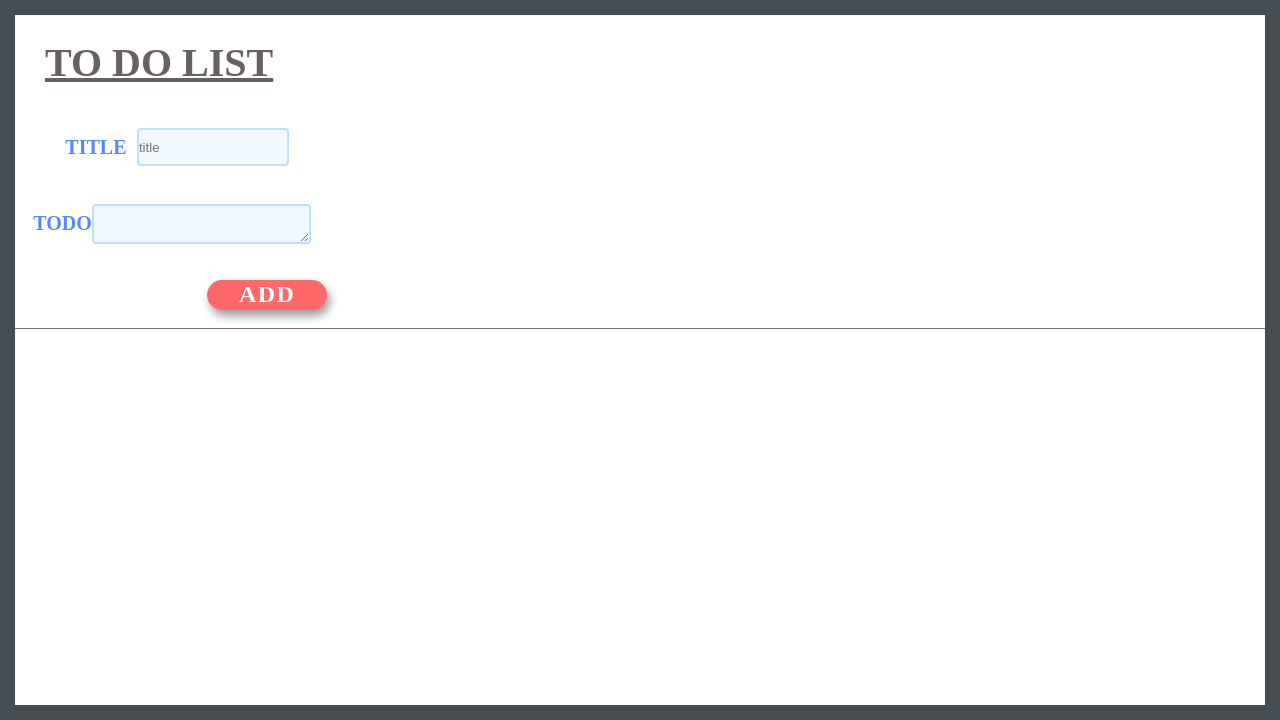
Repository: NagataRyuji0630/shinjin-otameshi
Page: todo_white_board.html
These files come from the project's save history. The page is drawn as it stood at one moment and after the next save; the edit follows.
The browser window is 1280 px wide. The pictures show the whole page.

Above is the page before, as saved 2020-06-11 23:36:23.
Not found: todoWhiteBoard.js

### todo_white_board.html
<!DOCTYPE html>
<html lang="ja">

<head>
    <meta charset="UTF-8">
    <meta name="viewport" content="width=device-width, initial-scale=1.0">
    <meta http-equiv="X-UA-Compatible" content="ie=edge">
    <link rel="stylesheet" href="./todo_white_board.css">
    <script src="./constants.js"></script>
    <script src="./domAction.js"></script>
    <script src="./todoWhiteBoard.js"></script>
    <title>Todo White Board</title>
</head>

<body>
    <div class="white_board display_flex_justify direction_colum">

        <div id="board_title_container" class="display_flex_align">
            <div id="board_title">TO DO LIST</div>
        </div>

        <div id="form_container" class="display_flex_justify direction_colum">

            <div class="input_content display_flex_all direction_row">
                <div class="input_title display_flex_all">TITLE</div>
                <div id="todo_input_area" class="display_flex_all">
                    <input class="blue_form" id="todo_title" type="text" placeholder="title" />
                </div>
            </div>

            <div class="input_content display_flex_all direction_row">
                <div class="input_title display_flex_all">TODO</div>
                <div id="detail_input_area" class="display_flex_all">
                    <textarea class="blue_form" id="todo_detail"></textarea>
                </div>

            </div>

            <div id="btn_container" class="display_flex_align">
                <div class="btn red_btn display_flex_all" id="todo_add_btn">
                    <div class="btn_text">ADD</div>
                </div>
            </div>
        </div>

        <div id="todo_list_container"></div>
    </div>
</body>

</html>

### todo_white_board.css
* {
    margin: 0px;
    padding: 0px;
    box-sizing: border-box;
}

body, html {
    width: 100%;
    height: 100%;
    font-size: 16px;
    overflow-x: hidden;
}

.display_flex_all {
    display: flex;
    justify-content: center;
    align-items: center;
}

.display_flex_justify {
    display: flex;
    justify-content: center;
}

.display_flex_align {
    display: flex;
    align-items: center;
}

.direction_colum {
    flex-direction: column;
}

.direction_row {
    flex-direction: row;
}

.white_board {
    width: 100%;
    height: 100%;
    border: 15px solid #454D53;
}

#board_title_container {
    width: auto;
    height: 15%;
    padding-left: 30px;
}

#board_title {
    text-align: center;
    text-decoration: underline;
    font-size: 40px;
    font-weight: bold;
    letter-spacing: 0px;
    color: #696060;
}

#form_container {
    width: 100%;
    height: 35%;
    padding: 0px 40px;
    border-bottom: 1px solid #707070;
}

.input_content {
    width: 20%;
    height: 35%;
}

.input_title {
    width: 35%;
    height: 100%;
    text-align: center;
    font-size: 20px;
    font-weight: bold;
    letter-spacing: 0px;
    color: #5887F9;
}

.blue_form {
    display: block;
    background: #F1F9FF 0% 0% no-repeat padding-box;
    border: 2px solid #BCE0FD;
    border-radius: 4px;
}

#todo_input_area {
    width: 65%;
    height: 50%;
}

#todo_title {
    text-align: left;
    width: 100%;
    height: 100%;
}

#todo_detail {
    text-align: left;
    font-size: 16px;
    letter-spacing: 0px;
    color: #5887F9;
}

#btn_container {
    width: 100%;
    height: 30%;
}

.btn {
    width: 120px;
    height: 30px;
    border-radius: 24px;
}

.red_btn {
    background-color: #FF6969;
    box-shadow: 3px 6px 10px #00000065;
}

.red_btn:active {
    background-color: #FF8850;
    box-shadow: 3px 6px 10px #00000090;
}

#todo_add_btn {
    position: relative;
    left: 13%
}

.btn_text {
    text-align: center;
    font-size: 24px;
    font-weight: bold;
    letter-spacing: 1.44px;
    color: #FFFFFF;
}

#todo_list_container {
    width: 100%;
    height: 60%;
}

Loaded but not shown: constants.js (no stored copy; drawn as an empty file); domAction.js (no stored copy; drawn as an empty file)

After the next save:
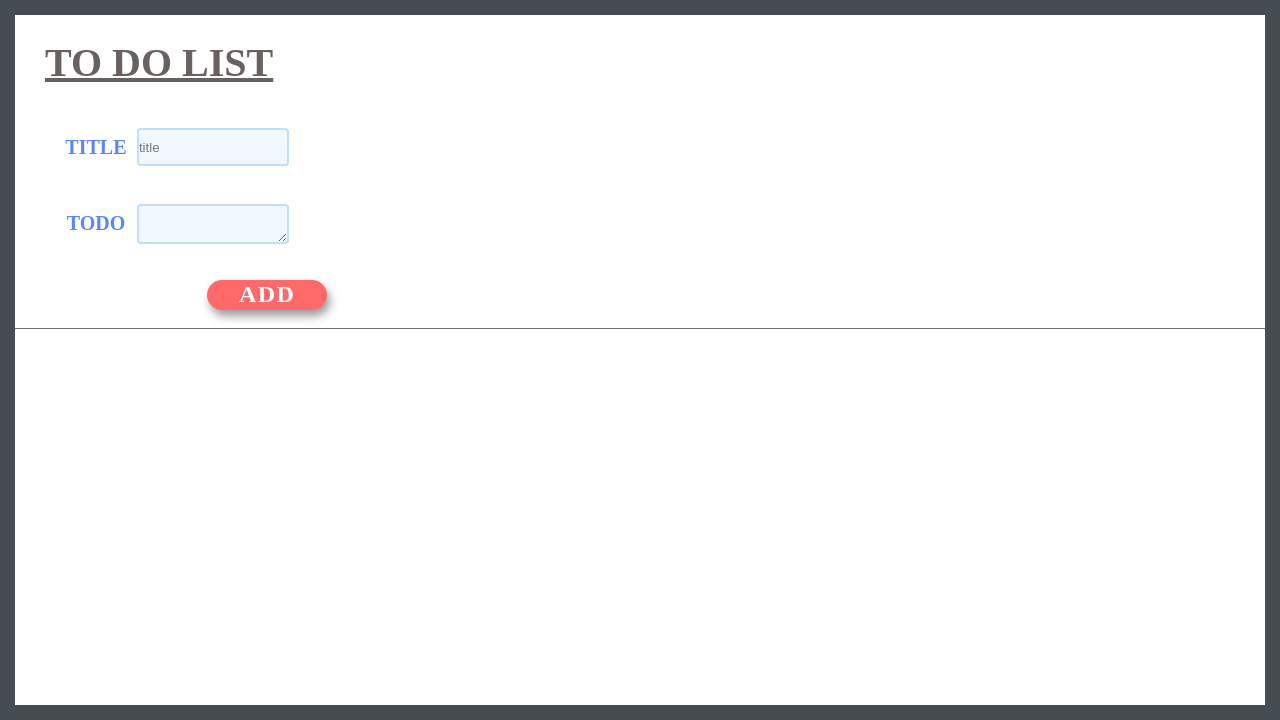
Saved 15 s later.
--- a/todo_white_board.css
+++ b/todo_white_board.css
@@ -96,6 +96,11 @@ body, html {
     height: 100%;
 }
 
+#detail_input_area {
+    width: 65%;
+    height: 50%;
+}
+
 #todo_detail {
     text-align: left;
     font-size: 16px;
